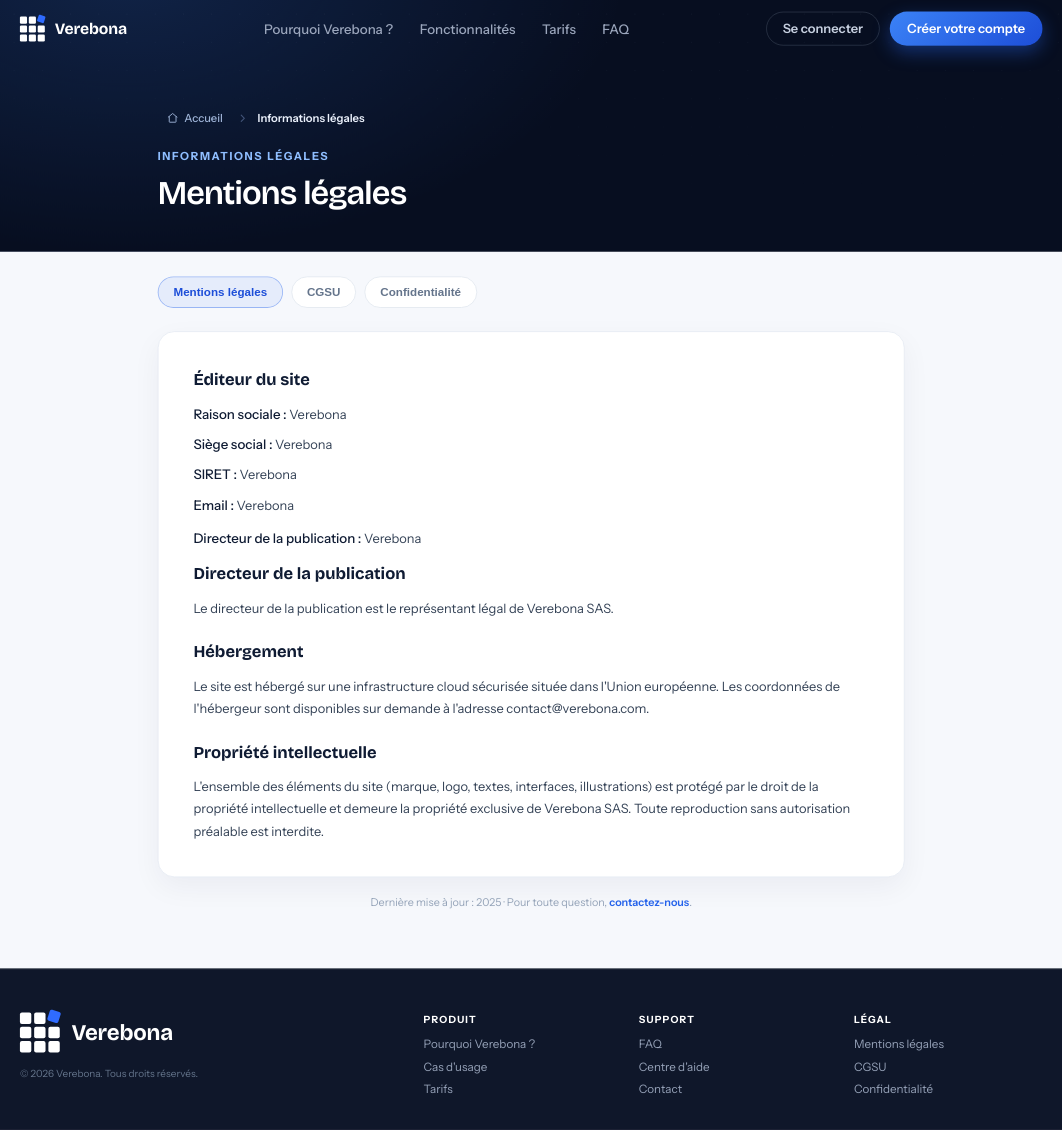
Repository: AdminVerebona/verebona-public
Page: /mentions-legales
These files come from the project's save history. The page is drawn as it stood at one moment and after the next save; the edit follows.
The browser window is 1280 px wide. The pictures show the whole page, at 83% of full size.
The project was rebuilt for these pictures with package versions that can differ from the ones it lists, and the page was loaded fresh each time. Also part of the build but not shown: next.config.mjs, vite.config.js, vite.config.ts, src/composables/useLanding.ts, src/sections/HeroSection.vue, src/sections/WhySection.vue, src/sections/UseCasesSection.vue, src/sections/FeaturesSection.vue and 6 more.

Above is the page before, as saved 2026-07-10 15:09:00.

### index.html
<!doctype html>
<html lang="fr">
  <head>
    <meta charset="UTF-8" />
    <meta name="viewport" content="width=device-width, initial-scale=1.0" />
    <title>Verebona — Centralisez, organisez, valorisez vos biens</title>
    <meta
      name="description"
      content="Verebona centralise vos biens, documents et échéances pour les retrouver facilement, anticiper les dates importantes et valoriser vos biens le moment venu."
    />
  </head>
  <body>
    <div id="app"></div>
    <script type="module" src="/src/main.ts"></script>
  </body>
</html>

### src/main.ts
import { createApp } from 'vue'
import App from './App.vue'
import router from './router'
import { vHover } from './directives/hover'
import './style.css'

createApp(App)
  .use(router)
  .directive('hover', vHover)
  .mount('#app')

### src/App.vue
<template>
  <div style="background:#070E20;color:#EAF0FB;overflow-x:hidden;min-height:100vh">
    <AppHeader />
    <router-view />
    <AppFooter />
  </div>
</template>

<script setup lang="ts">
import { onMounted, watch, nextTick } from 'vue'
import { useRoute } from 'vue-router'
import AppHeader from './components/AppHeader.vue'
import AppFooter from './components/AppFooter.vue'
import { useScrollReveal } from './composables/useScrollReveal'

const route = useRoute()
const { scan } = useScrollReveal()

onMounted(() => { scan() })

// Re-scan reveal targets whenever the route (page) changes.
watch(
  () => route.fullPath,
  () => { nextTick(() => setTimeout(scan, 60)) },
)
</script>

### src/router/index.ts
import { createRouter, createWebHistory } from 'vue-router'
import HomeView from '../views/HomeView.vue'

const routes = [
  { path: '/', name: 'home', component: HomeView },
  { path: '/aide', name: 'help', component: () => import('../views/HelpView.vue') },
  { path: '/contact', name: 'contact', component: () => import('../views/ContactView.vue') },
  { path: '/mentions-legales', name: 'legal-mentions', component: () => import('../views/LegalView.vue') },
  { path: '/cgu', name: 'legal-cgu', component: () => import('../views/LegalView.vue') },
  { path: '/confidentialite', name: 'legal-confid', component: () => import('../views/LegalView.vue') },
  { path: '/:pathMatch(.*)*', name: 'not-found', component: () => import('../views/NotFoundView.vue') },
]

const router = createRouter({
  history: createWebHistory(),
  routes,
  scrollBehavior(to) {
    if (to.hash) return { el: to.hash, behavior: 'smooth' }
    return { top: 0 }
  },
})

export default router

### src/directives/hover.ts
import type { Directive } from 'vue'

/**
 * v-hover — applies a set of inline styles while the pointer is over the
 * element, and restores the previous values on leave. Reproduces the
 * `style-hover` behaviour of the design prototype.
 *
 * Usage:  <a v-hover="{ color: '#fff', transform: 'translateY(-1px)' }">
 */
type HoverStyles = Record<string, string>

interface HoverEl extends HTMLElement {
  __hoverEnter?: () => void
  __hoverLeave?: () => void
}

export const vHover: Directive<HoverEl, HoverStyles> = {
  mounted(el, binding) {
    const styles = binding.value || {}
    const original: HoverStyles = {}

    const enter = () => {
      for (const key in styles) {
        original[key] = (el.style as any)[key]
        ;(el.style as any)[key] = styles[key]
      }
    }
    const leave = () => {
      for (const key in styles) {
        ;(el.style as any)[key] = original[key] || ''
      }
    }

    el.__hoverEnter = enter
    el.__hoverLeave = leave
    el.addEventListener('mouseenter', enter)
    el.addEventListener('mouseleave', leave)
  },
  unmounted(el) {
    if (el.__hoverEnter) el.removeEventListener('mouseenter', el.__hoverEnter)
    if (el.__hoverLeave) el.removeEventListener('mouseleave', el.__hoverLeave)
  },
}

### src/style.css
/* ============================================================
   Verebona — global styles
   Fonts, resets, scroll-reveal animation, responsive rules.
   All component-level styling is inline in the .vue templates
   (ported 1:1 from the validated design prototype).
   ============================================================ */

@import url('https://fonts.googleapis.com/css2?family=Bricolage+Grotesque:opsz,wght@12..96,400;12..96,500;12..96,600;12..96,700&family=Instrument+Sans:wght@400;500;600;700&family=Space+Mono:wght@400;700&display=swap');

* { box-sizing: border-box; }
html, body { margin: 0; padding: 0; }
body {
  font-family: 'Instrument Sans', system-ui, sans-serif;
  -webkit-font-smoothing: antialiased;
  background: #070E20;
}
h1, h2, h3, h4 { font-family: 'Bricolage Grotesque', sans-serif; margin: 0; }
p { margin: 0; }
a { text-decoration: none; color: inherit; }
a:hover { color: inherit; }

@keyframes vb-float { 0%, 100% { transform: translateY(0); } 50% { transform: translateY(-14px); } }
@keyframes vb-float-s { 0%, 100% { transform: translateY(0); } 50% { transform: translateY(-9px); } }
@keyframes vb-marquee { 0% { transform: translateX(0); } 100% { transform: translateX(-50%); } }

section[id] { scroll-margin-top: 82px; }

/* Scroll reveal */
.vb-reveal,
.vb-rgroup > * {
  transition: opacity .8s cubic-bezier(.16, 1, .3, 1), transform .8s cubic-bezier(.16, 1, .3, 1);
  will-change: opacity, transform;
}
.vb-anim .vb-reveal,
.vb-anim .vb-rgroup > * { opacity: 0; transform: translateY(40px) scale(.985); }
.vb-reveal.vb-in,
.vb-rgroup > .vb-in { opacity: 1 !important; transform: none !important; }
@media (prefers-reduced-motion: reduce) {
  .vb-reveal,
  .vb-rgroup > * { opacity: 1 !important; transform: none !important; transition: none !important; }
}

/* Responsive */
.r-burger, .r-mobile-menu { display: none; }
@media (max-width: 860px) {
  h1 { font-size: 37px !important; line-height: 1.08 !important; }
  h2 { font-size: 26px !important; line-height: 1.22 !important; }
  .r-nav, .r-hide-m, .r-dots, .r-browser { display: none !important; }
  .r-burger { display: inline-flex !important; }
  .r-mobile-menu { display: flex !important; }
  .r-hero, .r-2, .r-2b, .r-3, .r-4, .r-cta { grid-template-columns: 1fr !important; }
  .r-contact { grid-template-columns: 1fr !important; }
  .r-footer { grid-template-columns: 1fr 1fr !important; gap: 24px !important; }
  .r-mock { flex-direction: column !important; align-items: center !important; gap: 0 !important; }
  .r-uc { flex-direction: column !important; }
  .r-uc-panel { min-width: 0 !important; padding: 22px 20px !important; }
  .r-2 { grid-template-columns: 1fr !important; }
  .r-tri { grid-template-columns: 1fr !important; }
}

### src/composables/useScrollReveal.ts
/**
 * Scroll-reveal: adds `.vb-in` to `.vb-reveal` / `.vb-rgroup` elements as they
 * enter the viewport (staggering the children of a group). Ported from the
 * prototype's IntersectionObserver logic. Honours prefers-reduced-motion and
 * has a safety timeout so content is never left hidden.
 */
let io: IntersectionObserver | null = null

const reduce =
  typeof window !== 'undefined' &&
  !!window.matchMedia &&
  window.matchMedia('(prefers-reduced-motion: reduce)').matches

if (!reduce && typeof document !== 'undefined') {
  document.documentElement.classList.add('vb-anim')
}

function revealAll() {
  document.querySelectorAll('.vb-reveal').forEach((e) => e.classList.add('vb-in'))
  document.querySelectorAll('.vb-rgroup > *').forEach((e) => e.classList.add('vb-in'))
}

function ensureObserver() {
  if (io || reduce || typeof window === 'undefined' || !('IntersectionObserver' in window)) return
  io = new IntersectionObserver(
    (entries) => {
      entries.forEach((entry) => {
        if (!entry.isIntersecting) return
        const el = entry.target as HTMLElement
        io!.unobserve(el)
        if (el.classList.contains('vb-rgroup')) {
          Array.from(el.children).forEach((c, i) => {
            ;(c as HTMLElement).style.transitionDelay = i * 90 + 'ms'
            c.classList.add('vb-in')
          })
        } else {
          el.classList.add('vb-in')
        }
      })
    },
    { threshold: 0.12, rootMargin: '0px 0px -8% 0px' },
  )
}

export function useScrollReveal() {
  function scan() {
    if (reduce || typeof window === 'undefined' || !('IntersectionObserver' in window)) {
      revealAll()
      return
    }
    ensureObserver()
    document.querySelectorAll('.vb-reveal, .vb-rgroup').forEach((el) => io!.observe(el))
    // Safety net: never leave content hidden.
    window.setTimeout(revealAll, 2200)
  }
  return { scan }
}

### src/views/LegalView.vue
<template>
<section style="position:relative;padding:128px 24px 48px;overflow:hidden;background:radial-gradient(1000px 560px at 12% -10%,rgba(59,130,246,.18),transparent 60%),#070E20">
  <div style="position:absolute;inset:0;background-image:radial-gradient(rgba(148,163,184,.09) 1px,transparent 1px);background-size:34px 34px;-webkit-mask-image:linear-gradient(to bottom,#000,transparent 85%);mask-image:linear-gradient(to bottom,#000,transparent 85%);pointer-events:none"></div>
  <div style="max-width:900px;margin:0 auto;position:relative">
    <nav aria-label="Fil d'Ariane" style="margin-bottom:24px"><ol style="display:flex;align-items:center;gap:6px;list-style:none;margin:0;padding:0;font-size:13.5px"><li style="display:flex;align-items:center"><a href="#" @click.prevent="goHome" style="display:inline-flex;align-items:center;gap:7px;color:#9FB4D8;font-weight:500;padding:6px 11px;border-radius:9px;cursor:pointer;transition:color .15s,background .15s" v-hover="{color:'#fff',background:'rgba(255,255,255,.06)'}"><svg width="14" height="14" viewBox="0 0 24 24" fill="none" stroke="currentColor" stroke-width="1.9" stroke-linecap="round" stroke-linejoin="round"><path d="M3 10.5 12 3l9 7.5"/><path d="M5 9.5V20a1 1 0 0 0 1 1h12a1 1 0 0 0 1-1V9.5"/></svg>Accueil</a></li><li aria-hidden="true" style="display:flex;color:#42557A"><svg width="15" height="15" viewBox="0 0 24 24" fill="none" stroke="currentColor" stroke-width="2" stroke-linecap="round" stroke-linejoin="round"><path d="M9 6l6 6-6 6"/></svg></li><li aria-current="page" style="color:#EAF0FB;font-weight:600;padding:6px 4px">{{ crumbLabel }}</li></ol></nav>
    <div style="font-size:13.5px;letter-spacing:.15em;text-transform:uppercase;font-weight:800;color:#8FBEFF;margin-bottom:16px">Informations légales</div>
    <h1 style="font-size:40px;line-height:1.08;font-weight:600;letter-spacing:-.025em;color:#fff">{{ legalTitle }}</h1>
  </div>
</section>
<section style="background:#F6F8FC;padding:30px 24px 72px">
  <div style="max-width:900px;margin:0 auto">
    <div style="display:flex;flex-wrap:wrap;gap:10px;margin-bottom:28px">
      <button type="button" :style="legalMentionsStyle" @click.prevent="goMentions">Mentions légales</button>
      <button type="button" :style="legalCGUStyle" @click.prevent="goCGU">CGSU</button>
      <button type="button" :style="legalConfidStyle" @click.prevent="goConfid">Confidentialité</button>
    </div>
    <div style="background:#fff;border:1px solid #E6EBF3;border-radius:20px;padding:40px 42px;box-shadow:0 12px 34px rgba(15,27,51,.05)">
      <template v-if="isMentions">
        <div style="font-size:15.5px;line-height:1.75;color:#334155">
          <h2 style="font-size:20px;font-weight:700;color:#0F1B33;font-family:'Bricolage Grotesque',sans-serif;margin:0 0 10px">Éditeur du site</h2>
          <p style="margin:0 0 8px"><span style="font-size:16px;font-weight:500;color:#0F1B33">Raison sociale :</span> Verebona</p>
          <p style="margin:0 0 8px"><span style="font-size:16px;font-weight:500;color:#0F1B33">Siège social :</span> Verebona</p>
          <p style="margin:0 0 8px"><span style="font-size:16px;font-weight:500;color:#0F1B33">SIRET :</span> Verebona</p>
          <p style="margin:0 0 12px"><span style="font-size:16px;font-weight:500;color:#0F1B33">Email :</span> Verebona</p>
          <p style="margin:0 0 12px"><span style="font-size:16px;font-weight:500;color:#0F1B33">Directeur de la publication :</span> Verebona</p>
          <h2 style="font-size:20px;font-weight:700;color:#0F1B33;font-family:'Bricolage Grotesque',sans-serif;margin:0 0 10px">Directeur de la publication</h2>
          <p style="margin:0 0 22px">Le directeur de la publication est le représentant légal de Verebona SAS.</p>
          <h2 style="font-size:20px;font-weight:700;color:#0F1B33;font-family:'Bricolage Grotesque',sans-serif;margin:0 0 10px">Hébergement</h2>
          <p style="margin:0 0 22px">Le site est hébergé sur une infrastructure cloud sécurisée située dans l'Union européenne. Les coordonnées de l'hébergeur sont disponibles sur demande à l'adresse contact@verebona.com.</p>
          <h2 style="font-size:20px;font-weight:700;color:#0F1B33;font-family:'Bricolage Grotesque',sans-serif;margin:0 0 10px">Propriété intellectuelle</h2>
          <p style="margin:0">L'ensemble des éléments du site (marque, logo, textes, interfaces, illustrations) est protégé par le droit de la propriété intellectuelle et demeure la propriété exclusive de Verebona SAS. Toute reproduction sans autorisation préalable est interdite.</p>
        </div>
      </template>
      <template v-if="isCGU">
        <div style="font-size:15.5px;line-height:1.75;color:#334155">
          <h2 style="font-size:20px;font-weight:700;color:#0F1B33;font-family:'Bricolage Grotesque',sans-serif;margin:0 0 10px">1. Objet</h2>
          <p style="margin:0 0 22px">Les présentes conditions générales de service et d'utilisation (CGSU) définissent les modalités d'accès et d'utilisation de la plateforme Verebona, service de centralisation et d'organisation documentaire du patrimoine.</p>
          <h2 style="font-size:20px;font-weight:700;color:#0F1B33;font-family:'Bricolage Grotesque',sans-serif;margin:0 0 10px">2. Compte et abonnement</h2>
          <p style="margin:0 0 22px">L'accès au service nécessite la création d'un compte et la souscription d'une offre. L'utilisateur s'engage à fournir des informations exactes et à préserver la confidentialité de ses identifiants.</p>
          <h2 style="font-size:20px;font-weight:700;color:#0F1B33;font-family:'Bricolage Grotesque',sans-serif;margin:0 0 10px">3. Nature du service</h2>
          <p style="margin:0 0 22px">Verebona est une plateforme d'organisation. Les documents importés ne sont ni certifiés, ni validés, ni garantis juridiquement. L'utilisateur reste seul responsable de l'exactitude des informations qu'il enregistre.</p>
          <h2 style="font-size:20px;font-weight:700;color:#0F1B33;font-family:'Bricolage Grotesque',sans-serif;margin:0 0 10px">4. Responsabilités</h2>
          <p style="margin:0 0 22px">Verebona met en œuvre les moyens raisonnables pour assurer la disponibilité et la sécurité du service, sans obligation de résultat concernant une disponibilité ininterrompue.</p>
          <h2 style="font-size:20px;font-weight:700;color:#0F1B33;font-family:'Bricolage Grotesque',sans-serif;margin:0 0 10px">5. Résiliation</h2>
          <p style="margin:0">L'utilisateur peut résilier son abonnement à tout moment. Des modalités de récupération des données sont prévues afin d'éviter tout verrouillage à la fin du contrat.</p>
        </div>
      </template>
      <template v-if="isConfid">
        <div style="font-size:15.5px;line-height:1.75;color:#334155">
          <h2 style="font-size:20px;font-weight:700;color:#0F1B33;font-family:'Bricolage Grotesque',sans-serif;margin:0 0 10px">Données collectées</h2>
          <p style="margin:0 0 22px">Verebona collecte les données nécessaires au fonctionnement du service : informations de compte, contenus importés (fiches de biens, documents) et données d'usage strictement utiles à l'amélioration du service.</p>
          <h2 style="font-size:20px;font-weight:700;color:#0F1B33;font-family:'Bricolage Grotesque',sans-serif;margin:0 0 10px">Finalités</h2>
          <p style="margin:0 0 22px">Les données sont traitées pour fournir le service, assurer la sécurité, et répondre aux obligations légales. Elles ne sont jamais cédées à des tiers à des fins commerciales.</p>
          <h2 style="font-size:20px;font-weight:700;color:#0F1B33;font-family:'Bricolage Grotesque',sans-serif;margin:0 0 10px">Sécurité</h2>
          <p style="margin:0 0 22px">Vos données sont chiffrées lors du stockage et des échanges, et hébergées sur une infrastructure sécurisée au sein de l'Union européenne.</p>
          <h2 style="font-size:20px;font-weight:700;color:#0F1B33;font-family:'Bricolage Grotesque',sans-serif;margin:0 0 10px">Vos droits</h2>
          <p style="margin:0">Conformément au RGPD, vous disposez d'un droit d'accès, de rectification, de portabilité et de suppression de vos données. Pour exercer ces droits, écrivez à contact@verebona.com.</p>
        </div>
      </template>
    </div>
    <p style="font-size:13px;color:#94A3B8;margin-top:22px;text-align:center">Dernière mise à jour : 2025 · Pour toute question, <a href="#" @click.prevent="goContact" style="color:#2563EB;font-weight:600">contactez-nous</a>.</p>
  </div>
</section>
</template>

<script setup lang="ts">
import { useLegal } from '../composables/useLegal'
import { useNav } from '../composables/useNav'
const { isMentions, isCGU, isConfid, legalTitle, legalMentionsStyle, legalCGUStyle, legalConfidStyle, crumbLabel } = useLegal()
const { goHome, goContact, goMentions, goCGU, goConfid } = useNav()
</script>

### src/composables/useNav.ts
import { ref, computed, nextTick } from 'vue'
import { useRouter, useRoute } from 'vue-router'

// Shared across header + footer + mobile menu.
const menuOpen = ref(false)

/**
 * useNav — header/footer navigation. Page links use vue-router; the four
 * in-page section links (Pourquoi / Fonctionnalités / Tarifs / FAQ) route to
 * home first if needed, then smooth-scroll to the anchor.
 */
export function useNav() {
  const router = useRouter()
  const route = useRoute()

  const toggleMenu = () => { menuOpen.value = !menuOpen.value }
  const closeMenu = () => { menuOpen.value = false }

  function scrollToId(id: string) {
    const el = document.getElementById(id)
    if (el && el.scrollIntoView) {
      try { el.scrollIntoView({ behavior: 'smooth', block: 'start' }) } catch { /* noop */ }
    }
  }
  function goToAnchor(id: string) {
    closeMenu()
    if (route.path !== '/') {
      router.push('/').then(() => nextTick(() => setTimeout(() => scrollToId(id), 80)))
    } else {
      scrollToId(id)
    }
  }

  const goHome = () => { closeMenu(); router.push('/') }
  const goAide = () => { closeMenu(); router.push('/aide') }
  const goContact = () => { closeMenu(); router.push('/contact') }
  const goMentions = () => { closeMenu(); router.push('/mentions-legales') }
  const goCGU = () => { closeMenu(); router.push('/cgu') }
  const goConfid = () => { closeMenu(); router.push('/confidentialite') }

  const navPourquoi = () => goToAnchor('pourquoi')
  const navFeatures = () => goToAnchor('features')
  const navPricing = () => goToAnchor('pricing')
  const navFaq = () => goToAnchor('faq')
  const navCasUsage = () => goToAnchor('cas-usage')

  const burgerBase = 'display:block;width:20px;height:2px;border-radius:2px;background:#fff;transition:transform .25s,opacity .25s;'
  const burgerTop = computed(() => burgerBase + 'transform:' + (menuOpen.value ? 'translateY(6px) rotate(45deg)' : 'none'))
  const burgerMid = computed(() => burgerBase + 'opacity:' + (menuOpen.value ? '0' : '1'))
  const burgerBot = computed(() => burgerBase + 'transform:' + (menuOpen.value ? 'translateY(-6px) rotate(-45deg)' : 'none'))

  return {
    menuOpen, toggleMenu, closeMenu,
    goHome, goAide, goContact, goMentions, goCGU, goConfid,
    navPourquoi, navFeatures, navPricing, navFaq, navCasUsage,
    burgerTop, burgerMid, burgerBot,
  }
}

### src/composables/useLegal.ts
import { computed } from 'vue'
import { useRoute } from 'vue-router'

/**
 * Legal page — a single view with three tabs (mentions / cgu / confid),
 * each mapped to its own route so they are independently linkable & indexable:
 *   /mentions-legales   /cgu   /confidentialite
 */
export function useLegal() {
  const route = useRoute()

  const tab = computed<'mentions' | 'cgu' | 'confid'>(() => {
    if (route.path.includes('cgu')) return 'cgu'
    if (route.path.includes('confidentialite')) return 'confid'
    return 'mentions'
  })

  const isMentions = computed(() => tab.value === 'mentions')
  const isCGU = computed(() => tab.value === 'cgu')
  const isConfid = computed(() => tab.value === 'confid')

  const legalTitle = computed(() =>
    tab.value === 'cgu'
      ? "Conditions générales de service et d'utilisation"
      : tab.value === 'confid'
        ? 'Politique de confidentialité'
        : 'Mentions légales',
  )

  const tabStyle = (a: boolean) =>
    `padding:10px 18px;border-radius:999px;font-size:14px;font-weight:600;cursor:pointer;border:1px solid ${a ? 'rgba(37,99,235,.4)' : '#E2E8F0'};background:${a ? 'rgba(37,99,235,.08)' : '#fff'};color:${a ? '#1D4ED8' : '#64748B'};transition:all .15s`

  const legalMentionsStyle = computed(() => tabStyle(isMentions.value))
  const legalCGUStyle = computed(() => tabStyle(isCGU.value))
  const legalConfidStyle = computed(() => tabStyle(isConfid.value))

  return {
    isMentions, isCGU, isConfid, legalTitle,
    legalMentionsStyle, legalCGUStyle, legalConfidStyle,
    crumbLabel: 'Informations légales',
  }
}

Loaded but not shown: src/components/AppHeader.vue (68 lines, source omitted); src/components/AppFooter.vue (21 lines, source omitted)

After the next save:
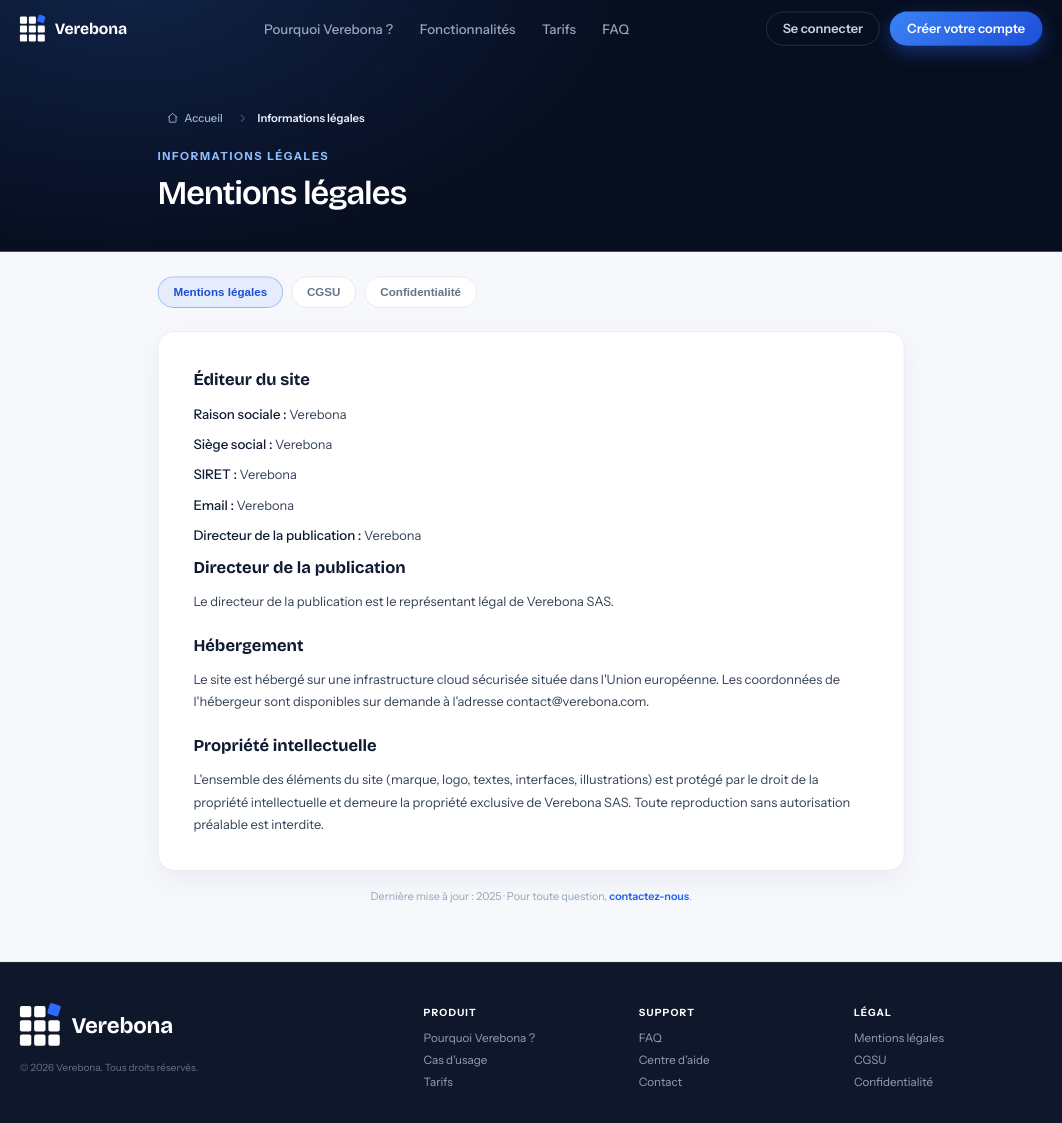
Saved 11 s later.
--- a/src/views/LegalView.vue
+++ b/src/views/LegalView.vue
@@ -21,8 +21,8 @@
           <p style="margin:0 0 8px"><span style="font-size:16px;font-weight:500;color:#0F1B33">Raison sociale :</span> Verebona</p>
           <p style="margin:0 0 8px"><span style="font-size:16px;font-weight:500;color:#0F1B33">Siège social :</span> Verebona</p>
           <p style="margin:0 0 8px"><span style="font-size:16px;font-weight:500;color:#0F1B33">SIRET :</span> Verebona</p>
-          <p style="margin:0 0 12px"><span style="font-size:16px;font-weight:500;color:#0F1B33">Email :</span> Verebona</p>
-          <p style="margin:0 0 12px"><span style="font-size:16px;font-weight:500;color:#0F1B33">Directeur de la publication :</span> Verebona</p>
+          <p style="margin:0 0 8px"><span style="font-size:16px;font-weight:500;color:#0F1B33">Email :</span> Verebona</p>
+          <p style="margin:0 0 8px"><span style="font-size:16px;font-weight:500;color:#0F1B33">Directeur de la publication :</span> Verebona</p>
           <h2 style="font-size:20px;font-weight:700;color:#0F1B33;font-family:'Bricolage Grotesque',sans-serif;margin:0 0 10px">Directeur de la publication</h2>
           <p style="margin:0 0 22px">Le directeur de la publication est le représentant légal de Verebona SAS.</p>
           <h2 style="font-size:20px;font-weight:700;color:#0F1B33;font-family:'Bricolage Grotesque',sans-serif;margin:0 0 10px">Hébergement</h2>
